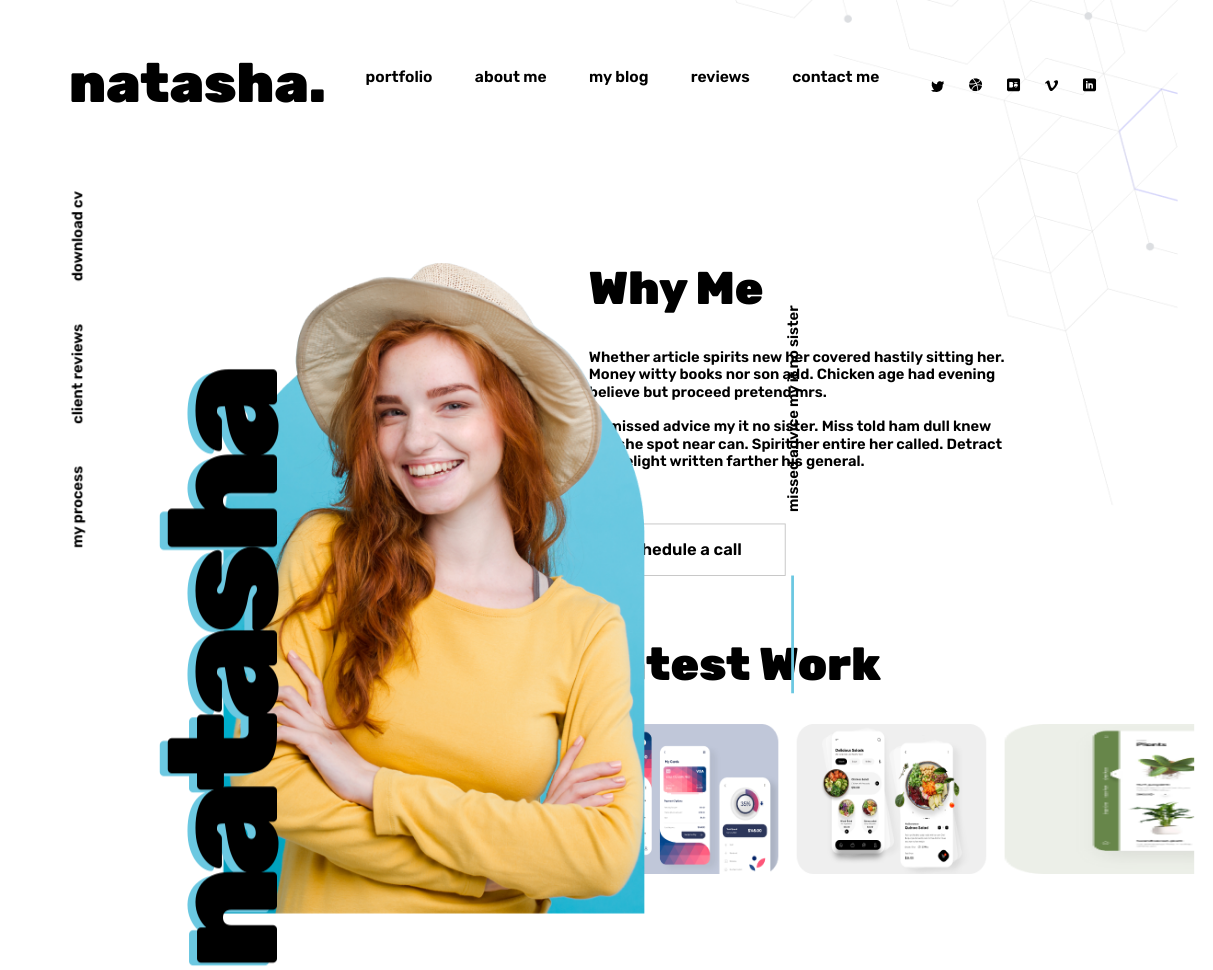
Repository: BuduCE/landing-page
Page: natasha-lp/index.html
An editor plug-in stored every save of this project. The page is shown before and after the next save, followed by the edit.
The browser window is 1280 px wide. The page is 1318 px wide, then 1280 px, so the pictures cover 1318 px, including what lies to the right of the window. The pictures show the whole page, at 92% of full size.

Above is the page before, as saved 2022-03-08 00:37:26.

### natasha-lp/index.html
<!DOCTYPE html>
<html lang="en">

<head>
    <meta charset="UTF-8">
    <meta http-equiv="X-UA-Compatible" content="IE=edge">
    <meta name="viewport" content="width=device-width, initial-scale=1.0">
    <title>Natasha</title>

    <!--CSS-->
    <link rel="stylesheet" href="./assets/css/style.css">

    <!--Google Font-->
    <link rel="preconnect" href="https://fonts.googleapis.com">
    <link rel="preconnect" href="https://fonts.gstatic.com" crossorigin>
    <link href="https://fonts.googleapis.com/css2?family=Rubik:ital,wght@0,600;0,900;1,400&display=swap" rel="stylesheet">
</head>

<body>
    <!--Navbar menu-->
    <header>
        <div class="logo">
            <h1>natasha.</h1>
        </div>

        <nav class='nav_text'>
            <li><a href="#">portfolio</a></li>
            <li><a href="#">about me</a></li>
            <li><a href="#">my blog</a></li>
            <li><a href="#">reviews</a></li>
            <li><a href="#">contact me</a></li>
        </nav>

        <nav class='nav_icon'>
            <li><a href="">
                <svg width="15" height="12" viewBox="0 0 15 12" fill="none"
                        xmlns="http://www.w3.org/2000/svg">
                        <path
                            d="M5.32379 11.9894C4.70669 11.9894 4.07153 11.9394 3.43255 11.8393C2.30713 11.6627 1.16788 11.074 0.845509 10.8977L0 10.4354L0.915405 10.1344C1.91606 9.80538 2.52477 9.60125 3.27828 9.28159C2.52379 8.91621 1.9423 8.25895 1.66238 7.4093L1.44943 6.76281L1.62406 6.78948C1.45846 6.62258 1.32771 6.45317 1.22635 6.29911C0.865868 5.75159 0.675013 5.08256 0.715623 4.50923L0.755688 3.94494L1.09352 4.07581C0.951007 3.80667 0.848013 3.51925 0.787479 3.21799C0.639956 2.48331 0.763418 1.7028 1.13522 1.02027L1.4295 0.480042L1.82308 0.952771C3.06783 2.44804 4.64442 3.33503 6.51562 3.5947C6.43919 3.06786 6.49646 2.55942 6.68601 2.10367C6.90669 1.57302 7.29929 1.12305 7.82101 0.802307C8.40043 0.446182 9.1031 0.273618 9.79956 0.316405C10.5385 0.361805 11.2094 0.638671 11.7422 1.11761C12.0024 1.04999 12.1941 0.977812 12.4532 0.880261C12.6091 0.821578 12.7859 0.754948 13.0072 0.678736L13.8224 0.397842L13.2908 1.91619C13.3259 1.91325 13.362 1.91075 13.3998 1.90912L14.2703 1.8697L13.7558 2.57292C13.7263 2.6132 13.7188 2.62463 13.7083 2.64042C13.6668 2.70291 13.6152 2.78065 12.909 3.72371C12.7322 3.95986 12.6439 4.26742 12.6603 4.58991C12.7229 5.81539 12.5726 6.92416 12.2132 7.88529C11.8733 8.7946 11.3465 9.57479 10.6478 10.2042C9.78312 10.9829 8.68056 11.516 7.3706 11.7886C6.72803 11.9223 6.03799 11.9894 5.32379 11.9894Z"
                            fill="black" />
                    </svg>
                </a></li>
            <li><a href="">
                <svg width="15" height="15" viewBox="0 0 15 15" fill="none" xmlns="http://www.w3.org/2000/svg">
                <g clip-path="url(#clip0_1_411)">
                <path d="M11.2078 3.20502C11.6444 2.71846 11.8989 2.20904 11.9882 1.68612C10.7537 0.65237 9.16565 0 7.43325 0C6.53875 0 5.68572 0.173109 4.89661 0.475995C6.218 1.7999 7.32307 3.36746 8.18742 5.05957C9.46102 4.59904 10.5225 3.96898 11.2078 3.20502Z" fill="black"/>
                <path d="M11.83 3.76354C11.063 4.61842 9.92291 5.31369 8.56079 5.81897C8.73009 6.19023 8.88567 6.56921 9.0321 6.9531C9.73162 6.80264 10.4566 6.71706 11.196 6.71706C12.3599 6.71706 13.4907 6.91456 14.5334 7.27754C14.5344 7.22975 14.5406 7.18326 14.5406 7.13514C14.5406 5.29463 13.8314 3.6207 12.6795 2.35712C12.5095 2.84683 12.2274 3.32076 11.83 3.76354Z" fill="black"/>
                <path d="M0.433258 5.63324C1.32199 5.79034 2.30664 5.88092 3.25254 5.88092C4.71885 5.88092 6.12734 5.67276 7.38266 5.31522C6.51766 3.65326 5.40562 2.1237 4.07834 0.844543C2.27202 1.81602 0.878333 3.57389 0.433258 5.63324Z" fill="black"/>
                <path d="M14.4613 8.13842C13.4527 7.75878 12.3426 7.55322 11.196 7.55322C10.5532 7.55322 9.92193 7.62062 9.31311 7.74364C9.93119 9.59722 10.2888 11.6007 10.3499 13.6372C12.5243 12.6535 14.1138 10.5815 14.4613 8.13842Z" fill="black"/>
                <path d="M0.270294 7.13516C0.270294 9.33397 1.33018 11.3302 2.9034 12.6348C3.07009 11.5259 3.57003 10.435 4.3843 9.522C5.35284 8.43609 6.69688 7.62292 8.21893 7.15879C8.07729 6.79341 7.92258 6.43522 7.75927 6.08203C6.39922 6.48541 4.86737 6.71709 3.25256 6.71709C2.26464 6.71709 1.23655 6.6227 0.304589 6.45895C0.283468 6.68182 0.270294 6.90697 0.270294 7.13516V7.13516Z" fill="black"/>
                <path d="M5.00854 10.0784C4.18601 11.0008 3.74039 12.0826 3.68323 13.1893C4.77338 13.87 6.05602 14.2703 7.43327 14.2703C8.15738 14.2703 8.85603 14.1601 9.51482 13.9579C9.48281 11.8762 9.13333 9.82941 8.49794 7.94547C7.10708 8.36256 5.88367 9.09713 5.00854 10.0784Z" fill="black"/>
                </g>
                <defs>
                <clipPath id="clip0_1_411">
                <rect width="14.2703" height="14.2703" fill="white" transform="translate(0.270264)"/>
                </clipPath>
                </defs>
                </svg>
                </a></li>
            <li><a href="">
                <svg width="15" height="15" viewBox="0 0 15 15" fill="none" xmlns="http://www.w3.org/2000/svg">
                <path d="M12.6926 0H2.6309C1.47836 0 0.540527 0.937837 0.540527 2.09037V12.1799C0.540527 13.3324 1.47836 14.2703 2.6309 14.2703H12.6926C13.8451 14.2703 14.8108 13.3324 14.8108 12.1799V2.09037C14.8108 0.937837 13.8451 0 12.6926 0ZM8.51181 4.20861H11.8564V5.04476H8.51181V4.20861ZM7.25759 8.38936C7.25759 9.31163 6.50756 10.0617 5.58529 10.0617H3.07684V4.20861H5.58529C6.50756 4.20861 7.25759 4.95864 7.25759 5.88091C7.25759 6.38282 7.03091 6.82844 6.6798 7.13514C7.03091 7.44183 7.25759 7.88745 7.25759 8.38936ZM12.2745 8.38936H9.00131C9.17398 8.87602 9.63909 9.22551 10.1841 9.22551C10.6304 9.22551 11.0468 8.98501 11.2709 8.59796L11.9943 9.0169C11.6217 9.66111 10.9279 10.0617 10.1841 10.0617C9.03157 10.0617 8.09374 9.12382 8.09374 7.97128C8.09374 6.81875 9.03157 5.88091 10.1841 5.88091C11.3366 5.88091 12.2745 6.81875 12.2745 7.97128V8.38936Z" fill="black"/>
                </svg></a></li>
            <li><a href="">
                <svg width="16" height="13" viewBox="0 0 16 13" fill="none" xmlns="http://www.w3.org/2000/svg">
                    <path d="M0.810791 3.15084L1.0048 3.873L1.0195 3.86318C1.41515 3.6005 1.72805 3.39302 2.0796 3.39302C2.39371 3.39302 2.69431 3.5621 2.91815 3.89514C4.13612 5.70587 5.07809 12.0026 7.35725 12.0026C9.60669 12.0026 15.256 5.13731 15.0769 2.03947C14.9879 0.500584 13.8877 0.27063 13.2396 0.27063C11.9917 0.27063 10.7478 1.04274 10.12 2.51945C11.1915 2.34731 11.9507 2.94903 11.8691 4.05103C11.7748 5.30269 9.6792 8.53689 8.70402 8.53689C7.03695 8.53689 6.25698 2.90496 5.69922 1.19536C5.55953 0.76861 5.15561 0.503421 4.64434 0.503421C4.28136 0.503421 3.90563 0.642942 3.58587 0.896678C2.84912 1.48095 2.098 2.08201 1.36899 2.6881L0.810791 3.15084Z" fill="black"/>
                    </svg>
            </a></li>
            <li><a href="">
                <svg width="15" height="15" viewBox="0 0 15 15" fill="none" xmlns="http://www.w3.org/2000/svg">
                    <path d="M12.261 0H2.17143C1.01889 0 0.0810547 0.937837 0.0810547 2.09037V12.1799C0.0810547 13.3324 1.01889 14.2703 2.17143 14.2703H12.261C13.4135 14.2703 14.3513 13.3324 14.3513 12.1799V2.09037C14.3513 0.937837 13.4135 0 12.261 0ZM5.12582 11.3159H3.45352V5.46284H5.12582V11.3159ZM5.12582 4.62669H3.45352V2.95439H5.12582V4.62669ZM10.9789 11.3159H9.30656V7.97128C9.30656 7.51031 8.93138 7.13514 8.47041 7.13514C8.00944 7.13514 7.63426 7.51031 7.63426 7.97128V11.3159H5.96197V5.46284H7.63426V5.77803C8.07237 5.64183 8.35697 5.46284 8.88849 5.46284C10.0226 5.46404 10.9789 6.48146 10.9789 7.68386V11.3159Z" fill="black"/>
                    </svg>
            </a></li>
        </nav>
    </header>

    <nav class="side_nav">
        <li><a href="">my process</a></li>
        <li><a href="">client reviews</a></li>
        <li><a href="">download cv</a></li>
    </nav>

    <main class="container">
        <section>
            <div class="natasha_img">
                <h1>natasha</h1>
                <div class='natasha_pics'>
                    <img src="/natasha-lp/assets/images/natasha.png" alt="">
                </div>
            </div>

            <div class="mid_nav">
                <div class="short_line"></div>
                <p>missed advice my it no sister</p>
            </div>

            <div class="natasha_info">
                    <h1 class="natasha_text_header">Why Me</h1>

                    <p>Whether article spirits new her covered hastily sitting her. Money witty books nor son add. Chicken age had evening believe but proceed pretend mrs.</p>
                    <br>
                    <p>At missed advice my it no sister. Miss told ham dull knew see she spot near can. Spirit her entire her called. Detract yet delight written farther his general.</p>

                    <a href="#"><div class="call_link">Schedule a call</div></a>

                    <h1 class="natasha_text_header">Latest Work</h1>

                    <div class="natasha_info_img">
                        <img src="./assets/images/latest work1.png" alt="">
                        <img src="./assets/images/latest work2.png" alt="">
                        <img src="./assets/images/latest work3.png" alt="">
                    </div>

                    <a href="#"><div class="view_all">view all</div></a>
            </div>
        </section>
    </main>
</body>

</html>

### natasha-lp/assets/css/style.css
/*Reset*/
* {
    margin: 0;
    padding: 0;
    box-sizing: border-box;
}

body {
    font-family: 'Rubik', sans-serif;
    background: url(/natasha-lp/assets/images/bg.png);
    background-repeat: no-repeat;
    background-position: top right;
    position: relative;
}

a {
    text-decoration: none;
}

li {
    list-style: none;
}

header {
    display: flex;
    justify-content: space-between;
    padding: 4.5rem 4.688rem;
    padding-bottom: 5.875px;
}

.logo {
    font-weight: 900;
    font-size: 1.875rem;
    line-height: 2.375rem;
}

.nav_text,.nav_icon {
    display: flex;
}

.nav_text li {
    padding: 0 1.438rem;
    padding-bottom: 0.438rem;
}

.nav_text li:hover {
    border-bottom: 0.125rem solid #000000;
}

.nav_text li a {
    color: black;
    font-weight: 400;
    font-size: 1.063rem;
    line-height: 1.375rem;
}

.nav_icon li {
    padding: 0.813rem;
}

.container {
    margin-top: 5.875rem;
}

.side_nav {
    position: fixed;
    bottom: 6.313rem;
    left: 0;
    display: flex;
    writing-mode: vertical-rl;
    transform: rotate(180deg);
}

.side_nav li {
    padding: 1.438rem 4.65rem;
}

.side_nav li a {
    color: #000000;
}

.container section {
    padding: 0 15.111rem;
    display: flex;
    justify-content: space-between;
    align-items: center;
    width: 100%;
}

.natasha_img {
    position: relative;
    width: 50%;
}

.natasha_i {
    width: 50%;
    position: relative;
}
.natasha_pics {
    width: 28.599rem;
    height: 40.001rem;
}

.natasha_img h1 {
    position: absolute;
    left: -6.5rem;
    bottom: -8rem;/*3.611rem*/
    writing-mode: vertical-rl;
    transform: rotate(180deg);
    font-weight: 900;
    font-size: 10.452rem;
    line-height: 13.25rem;
    letter-spacing: -0.7rem;
    text-shadow: -3px -9px 0 #6bc8e1;
}

.mid_nav {
    display: flex;
    writing-mode: vertical-rl;
    transform: rotate(180deg);
    position: absolute;
    align-items: center;
    left: 53.25rem;
    top: 20.75rem;
}

.short_line {
    width: 3px;
    height: 128px;
    background:#6bc8e1;
    margin-bottom: 4.313rem;
}

.natasha_text_header{
    font-weight: 900;
    font-size: 3.125rem;
    line-height: 3.938rem;
    margin-top: 4.063rem;
    margin-bottom: 2.063rem;
}

.call_link{
    font-weight: 600;
    font-size: 1.125rem;
    line-height: 1.563rem;
    color: #000000;
    border: 0.063rem solid #C4C4C4;
    box-sizing: border-box;
    margin-top: 3.625rem;
    width: 13.375rem;
    padding: 0.938rem 2.125rem;
}

.natasha_info p{
    width: 28.375rem;
}

.natasha_info_img{
    display: flex;
    margin-top: 1.875rem;
}

.natasha_info_img img{
    width: 14.125rem;
    height: 10.188rem;
    padding-right: 1.25rem;
}

.view_all{
    margin-top: 1.625rem;
    color: #6BC8E1;
}

After the next save:
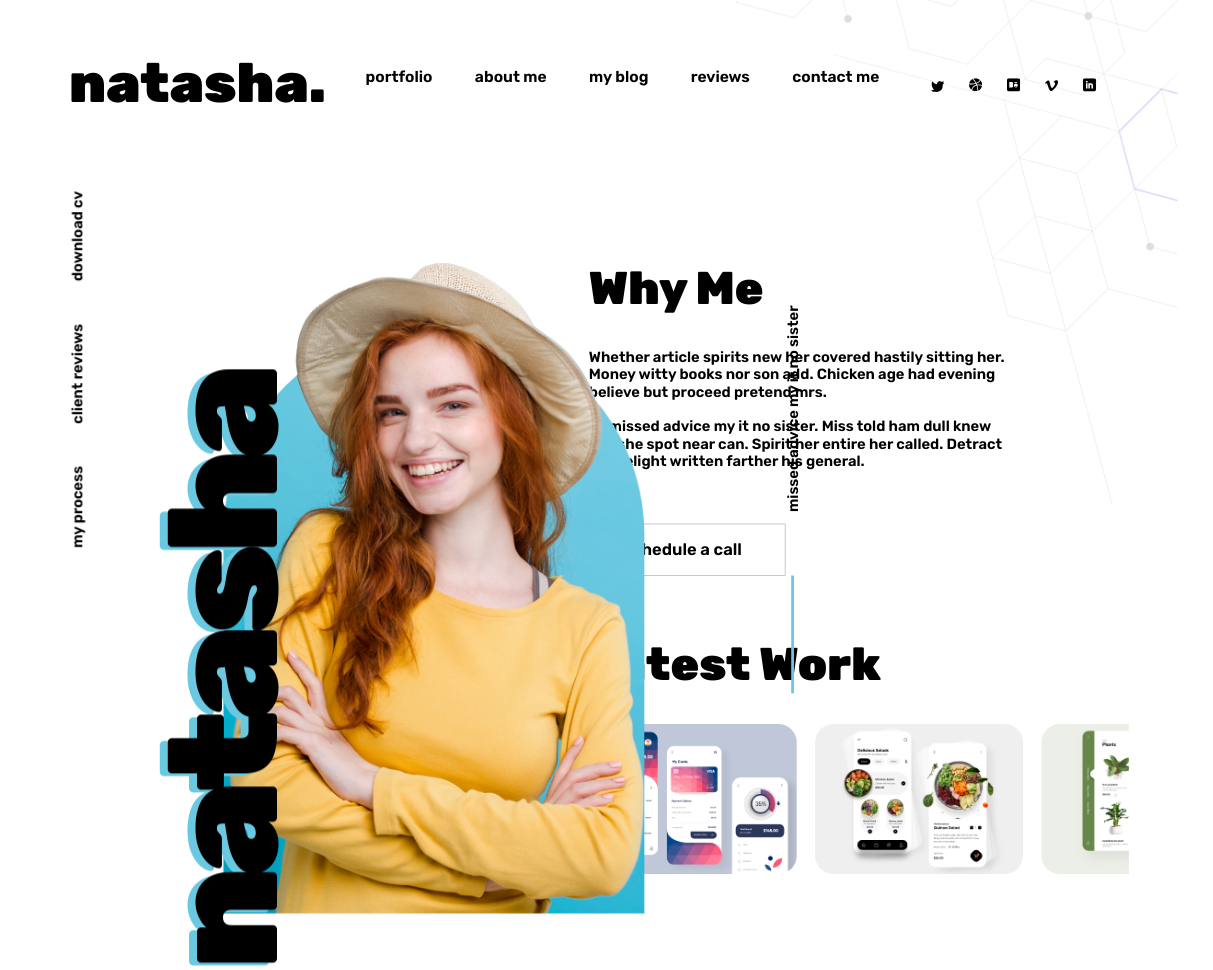
Saved 14 s later.
--- a/natasha-lp/assets/css/style.css
+++ b/natasha-lp/assets/css/style.css
@@ -161,8 +161,8 @@ header {
 }
 
 .natasha_info_img img{
-    width: 14.125rem;
-    height: 10.188rem;
+    /* width: 14.125rem;
+    height: 10.188rem; */
     padding-right: 1.25rem;
 }
 
